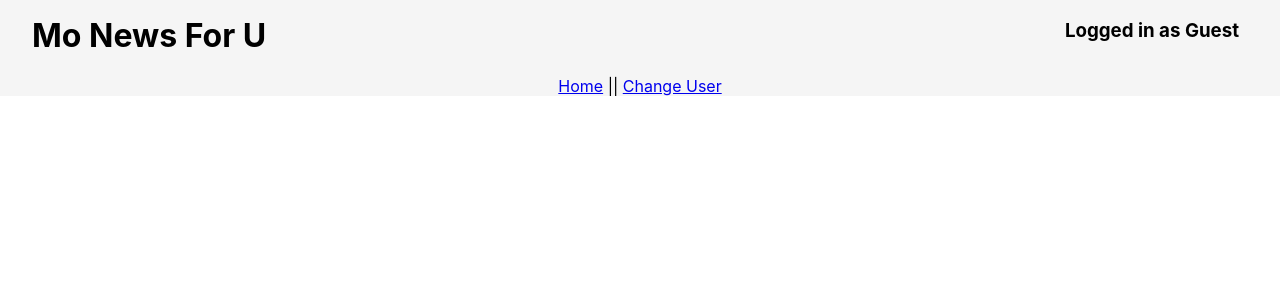
Repository: tabal97/fe-mo-news-for-u
Page: / (app in mo-news-for-u/)
These files come from the project's save history. The page is drawn as it stood at one moment and after the next save; the edit follows.
The browser window is 1280 px wide. The pictures show the whole page.
The page's requests for data from a server got no answer. The project was rebuilt for these pictures with package versions that can differ from the ones it lists, and the page was loaded fresh each time. No one was signed in, and anything a server would have sent is missing. Also part of the build but not shown: mo-news-for-u/src/Components/ArticleCard.jsx, mo-news-for-u/src/Styles/SingleArticle.module.css, mo-news-for-u/src/Styles/VotesCard.module.css, mo-news-for-u/src/Components/VotesCard.jsx, mo-news-for-u/src/Styles/CommentCard.module.css, mo-news-for-u/src/Components/CommentCard.jsx, mo-news-for-u/src/Styles/CommentAdder.module.css, mo-news-for-u/src/Components/CommentAdder.jsx and 7 more.

Above is the page before, as saved 2019-10-10 15:06:20.

### mo-news-for-u/src/App.js
import './App.css';
import Header from './Components/Header';
import Nav from './Components/Nav';
import { Router } from "@reach/router";
import ArticlesList from "./Components/ArticlesList"
import SingleArticle from './Components/SingleArticle';

import React, { Component } from 'react';
import LoginSection from './Components/LoginSection';
import UserProfile from './Components/UserProfile';

class App extends Component {
  state = {
    users: ["", "jessjelly", "weegembump", "happyamy2016", "grumpy19", "tickle122"]
  }
  render() {
    const { users } = this.state;
    return (
      <div className="app">
        <Header />
        <Nav />
        <Router>
          <UserProfile path="/users/:username" />
          <LoginSection path="/login" changeUser={this.changeUser} users={users} />
          <ArticlesList path="/" />
          <ArticlesList path="/articles" />
          <ArticlesList path="/topics/:topic" />
          <SingleArticle path="/articles/:article_id" />
        </Router>
      </div>
    );
  }
  changeUser = (currentUser) => {
    this.setState({ currentUser });
  }
}

export default App;

### mo-news-for-u/src/Components/Header.jsx
import styles from "../Styles/Header.module.css"
import React, { Component } from 'react';

class Header extends Component {
    state = {
        currentUser: ""
    }
    render() {
        const { currentUser } = this.state;
        return (
            <div className={styles.header}>
                <h1 className={styles.title}>Mo News For U</h1>
                <h3 className={styles.login}>Logged in as {currentUser ? currentUser : "Guest"}</h3>
            </div>
        );
    }
    componentDidMount() {
        const localUser = localStorage.getItem("currentUser")
        this.setState({ currentUser: localUser })
    }
    componentDidUpdate(prevProp, prevState) {
        const localUser = localStorage.getItem("currentUser")
        const userChanged = prevState.currentUser !== localUser;
        if (userChanged) {
            this.setState({ currentUser: localUser })
        }
    }
}

export default Header;

### mo-news-for-u/src/Components/Nav.jsx
import React, { Component } from 'react';
import * as api from "../utils/api";
import { Link } from "@reach/router"

class Nav extends Component {
    state = { topics: [] }

    render() {
        const { topics } = this.state;
        return (
            <nav><Link to="/">Home</Link> {topics.map(({ slug }) => {
                return (<React.Fragment key={slug}> || <Link to={`/topics/${slug}`} >{`${slug}`}</Link></React.Fragment>);
            })} || <Link to="/login">Change User</Link>
            </nav>
        );
    }
    componentDidMount() {
        this.fetchTopics()
    }

    fetchTopics = () => {
        api.getTopics().then(topics => this.setState(topics))
    }
}

export default Nav;

### mo-news-for-u/src/Components/ArticlesList.jsx
import React, { Component } from 'react';
import * as api from "../utils/api";
import ArticleCard from "../Components/ArticleCard"

class ArticlesList extends Component {
    state = {
        articles: []
    }
    render() {
        const { articles } = this.state;
        return (
            <div>
                {articles.map(article => {
                    return <ArticleCard key={article.article_id} {...article} />
                })}
            </div>
        );
    }

    componentDidMount() {
        this.fetchArticles();
    }
    componentDidUpdate(prevProp) {
        const { topic } = this.props
        const topicChanged = prevProp.topic !== topic
        if (topicChanged) {
            this.fetchArticles(topic)
        }
    }

    fetchArticles = (topic) => {
        api.getArticles(topic).then(articles => this.setState(articles))
    }
}

export default ArticlesList;

### mo-news-for-u/src/Styles/Header.module.css
.header{
    display: grid;
    grid-template-columns: 4fr 1fr;
    grid-template-areas: "title login"
}


.title{
    margin-top:0px;
    padding-top: 1rem;
    text-align: justify;
    padding-left: 2rem;
    grid-area: title;
}

.login{
    grid-area: login
}

### mo-news-for-u/src/utils/api.js
import axios from "axios"

const request = axios.create({ baseURL: "https://mo-news-for-u.herokuapp.com/api" });

export const getTopics = async () => {
    const { data } = await request.get("/topics");
    return data;
}

export const getArticles = async (topic) => {
    const { data } = await request.get("/articles", { params: { topic } });
    return data
}

export const getArticle = async (id) => {
    const { data } = await request.get(`/articles/${id}`);
    return data;
}

export const articleVoter = async (id, inc_votes) => {
    const { data } = await request.patch(`/articles/${id}`, { inc_votes });
    return data;
}

export const getComments = async (id) => {
    const { data } = await request.get(`/articles/${id}/comments`);
    return data;
}

export const commentVoter = async (id, inc_votes) => {
    const { data } = await request.patch(`/comments/${id}`, { inc_votes });
    return data;
}

export const getUser = async (user) => {
    const { data } = await request.get(`/users/${user}`);
    return data;
}

export const postComment = async (id, body) => {
    const { data } = await request.post(`/articles/${id}/comments`, body);
    return data;
}

export const deleteComment = async (id) => {
    const { data } = await request.delete(`/comments/${id}`);
    return data;
}

### mo-news-for-u/src/Styles/ArticleCard.module.css
.card {
display: grid;
grid-template-rows: 4rem 3rem;
grid-template-columns: 2fr 1fr;
grid-template-areas: "title author" "topic userTally";
border: 2px solid;
border-radius: 1rem;
margin: 10px 50px 20px 50px;
padding: 1rem;
background-color: rgb(255, 254, 254);
}
.card :hover{
    background-color: grey;
    }

.title {
grid-area: title;
margin-left:auto;
margin-right:auto
}

.author {
    grid-area: author;
}

.topic {
    grid-area: topic;
}

.userTally {
    grid-area: userTally;
}

Loaded but not shown: mo-news-for-u/public/index.html (common file); mo-news-for-u/src/index.js (common file); mo-news-for-u/src/index.css (common file); mo-news-for-u/src/App.css (common file)

After the next save:
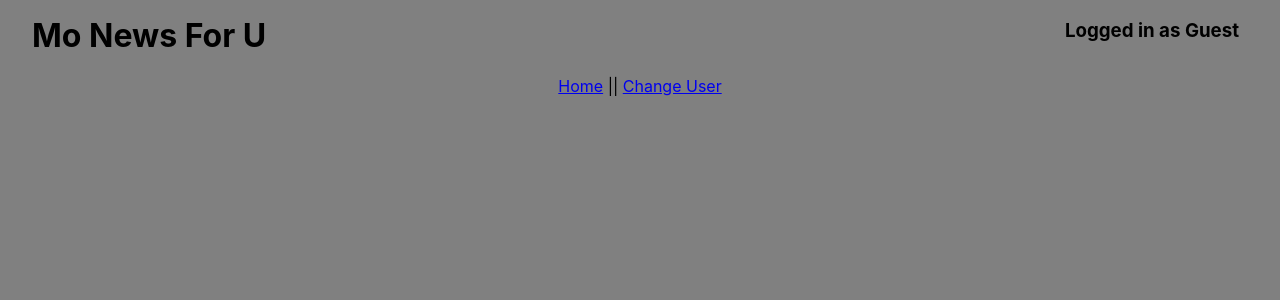
Saved 17 s later.
--- a/mo-news-for-u/src/Styles/ArticleCard.module.css
+++ b/mo-news-for-u/src/Styles/ArticleCard.module.css
@@ -9,7 +9,7 @@ margin: 10px 50px 20px 50px;
 padding: 1rem;
 background-color: rgb(255, 254, 254);
 }
-.card :hover{
+:hover{
     background-color: grey;
     }
 
